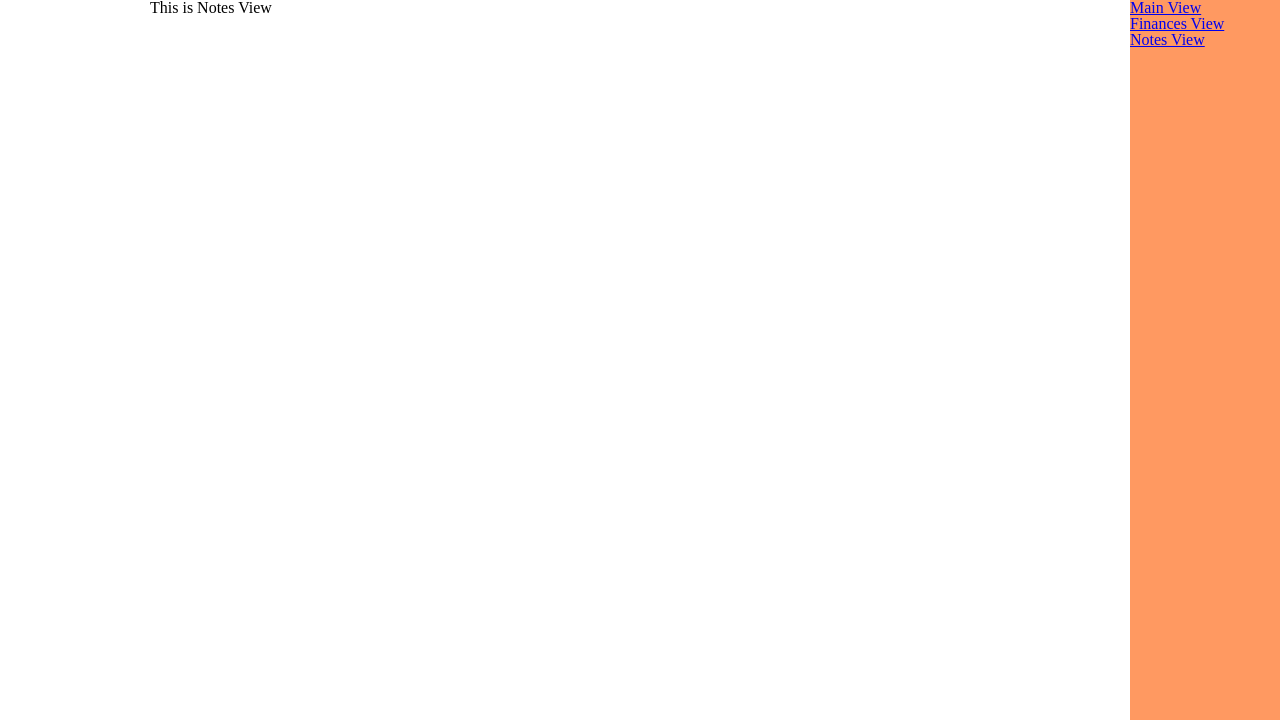
Repository: kryban93/Organiser-App
Page: /notes
These files come from the project's save history. The page is drawn as it stood at one moment and after the next save; the edit follows.
The browser window is 1280 px wide. The pictures show the whole page.
The project was rebuilt for these pictures with package versions that can differ from the ones it lists, and the page was loaded fresh each time. Also part of the build but not shown: src/index.css, src/Components/MainView/MainView.js, src/Components/FinancesView/FinancesView.module.scss, src/Components/FinancesView/FinancesView.js, src/Components/NotesView/NotesView.scss.

Above is the page before, as saved 2020-10-13 18:42:20.

### src/App.js
import React from 'react';
import { BrowserRouter as Router, Switch, Route } from 'react-router-dom';
import './App.scss';
import MainView from './Components/MainView/MainView';
import Nav from './Components/Nav/Nav';
import FinancesView from './Components/FinancesView/FinancesView';
import NotesView from './Components/NotesView/NotesView';

function App() {
  return (
    <>
      <Router>
        <Nav />
        <main className='main'>
          <Switch>
            <Route exact path='/'>
              <MainView />
            </Route>
            <Route path='/finances'>
              <FinancesView />
            </Route>
            <Route path='/notes'>
              <NotesView />
            </Route>
          </Switch>
        </main>
      </Router>
    </>
  );
}

export default App;

### src/App.scss
@import './reset.scss';

.main {
  margin-left: 150px;
}

### src/Components/Nav/Nav.js
import React from 'react';
import './Nav.scss';
import { Link, NavLink } from 'react-router-dom';

const Nav = () => {
  return (
    <nav className='nav'>
      <div clasName='nav__menu'>
        <NavLink to='/'>
          <p>Main View</p>
        </NavLink>
        <NavLink to='/finances'>
          <p>Finances View</p>
        </NavLink>
        <NavLink to='/notes'>
          <p>Notes View</p>
        </NavLink>
      </div>
    </nav>
  );
};

export default Nav;

### src/Components/NotesView/NotesView.js
import React from 'react';
import './NotesView.scss';

const NotesView = () => {
  return (
    <div>
      <p>This is Notes View</p>
    </div>
  );
};

export default NotesView;

### src/Components/Nav/Nav.scss
.nav {
  background-color: #ff9961;
  position: absolute;
  top: 0;
  right: 0;
  height: 100%;
  width: 150px;
  display: flex;
}

Loaded but not shown: public/index.html (common file); src/index.js (common file); src/serviceWorker.js (common file); src/reset.scss (common file); src/index.css (no copy from this time; the picture is the same without it); src/Components/MainView/MainView.module.scss (no stored copy; drawn as an empty file)

After the next save:
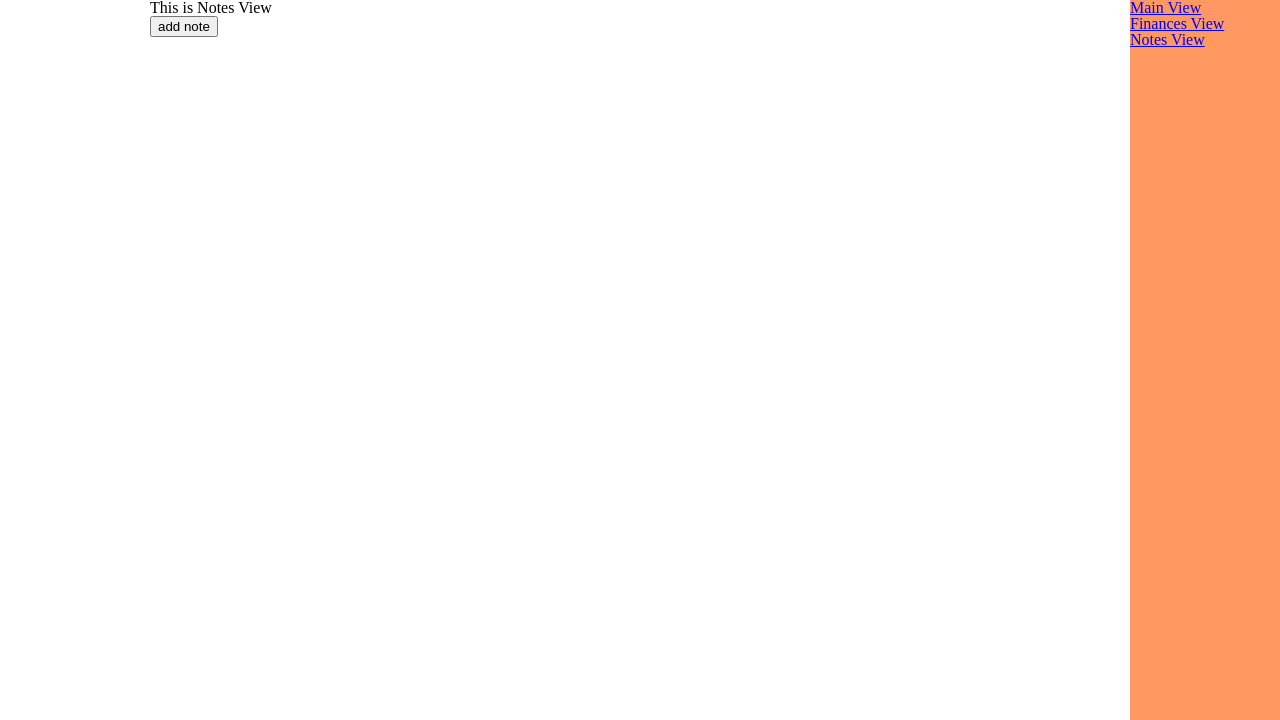
Saved 7 s later.
--- a/src/Components/NotesView/NotesView.js
+++ b/src/Components/NotesView/NotesView.js
@@ -5,6 +5,8 @@ const NotesView = () => {
   return (
     <div>
       <p>This is Notes View</p>
+
+      <button>add note</button>
     </div>
   );
 };
